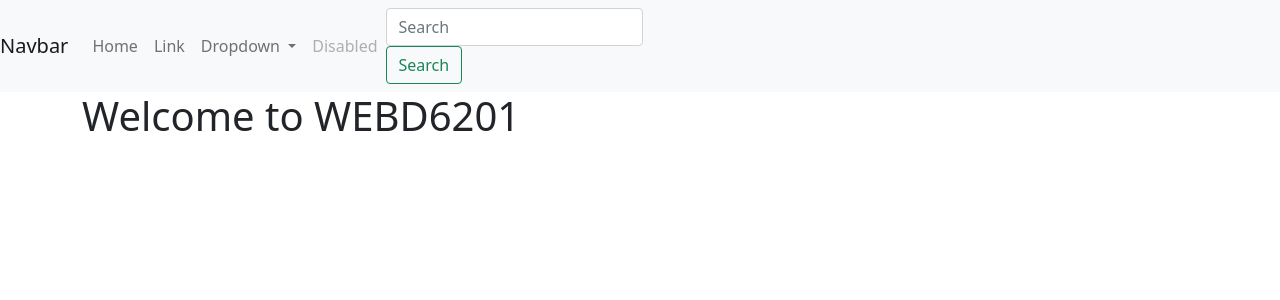
Repository: evanpalmer002/WEBD6201-W2021-Week2A
Page: week2a/index.html
These files come from the project's save history. The page is drawn as it stood at one moment and after the next save; the edit follows.
The browser window is 1280 px wide. The pictures show the whole page.

Above is the page before, as saved 2021-01-19 09:20:21.

### week2a/index.html
<!DOCTYPE html>
<html lang="en">
<head>
    <meta charset="UTF-8">
    <meta name="viewport" content="width=device-width, initial-scale=1.0">
    <title>WEBD6201 - ICE 1</title>
    <!-- CSS Section -->
    <link rel="stylesheet" href="./node_modules/bootstrap/dist/css/bootstrap.min.css">
    <link rel="stylesheet" href="./node_modules/@fortawesome//fontawesome-free/css/all.min.css">
    <link rel="stylesheet" href="./Content/app.css">
</head>
<body>


    <header>

        <nav class="navbar navbar-expand-lg navbar-light bg-light">
            <a class="navbar-brand" href="#">Navbar</a>
            <button class="navbar-toggler" type="button" data-toggle="collapse" data-target="#navbarSupportedContent" aria-controls="navbarSupportedContent" aria-expanded="false" aria-label="Toggle navigation">
              <span class="navbar-toggler-icon"></span>
            </button>

            <div class="collapse navbar-collapse" id="navbarSupportedContent">
              <ul class="navbar-nav mr-auto">
                <li class="nav-item active">
                  <a class="nav-link" href="#">Home <span class="sr-only">(current)</span></a>
                </li>
                <li class="nav-item">
                  <a class="nav-link" href="#">Link</a>
                </li>
                <li class="nav-item dropdown">
                  <a class="nav-link dropdown-toggle" href="#" id="navbarDropdown" role="button" data-toggle="dropdown" aria-haspopup="true" aria-expanded="false">
                    Dropdown
                  </a>
                  <div class="dropdown-menu" aria-labelledby="navbarDropdown">
                    <a class="dropdown-item" href="#">Action</a>
                    <a class="dropdown-item" href="#">Another action</a>
                    <div class="dropdown-divider"></div>
                    <a class="dropdown-item" href="#">Something else here</a>
                  </div>
                </li>
                <li class="nav-item">
                  <a class="nav-link disabled" href="#">Disabled</a>
                </li>
              </ul>
              <form class="form-inline my-2 my-lg-0">
                <input class="form-control mr-sm-2" type="search" placeholder="Search" aria-label="Search">
                <button class="btn btn-outline-success my-2 my-sm-0" type="submit">Search</button>
              </form>
            </div>
          </nav>
    </header>

    <div class="container">
        <h1>Welcome to WEBD6201</h1>
    </div>

    <footer>

    </footer>

    <!-- JavaScript Section -->
    <script src="./node_modules/jquery/dist/jquery.min.js"></script>
    <script src="./node_modules/bootstrap/dist/js/bootstrap.bundle.min.js"></script>
    <script src="./Scripts/app.js"></script>
</body>
</html>

### week2a/Scripts/app.js
/*custon javascript  goes here */

// - Immediately invoked function Expression

(function()
{

    function Start()
    {
        console.log("App Started...");

    }

    window.addEventListener("load", Start);
})();

Loaded but not shown: week2a/node_modules/bootstrap/dist/css/bootstrap.min.css (library); week2a/node_modules/@fortawesome/fontawesome-free/css/all.min.css (library); week2a/node_modules/jquery/dist/jquery.min.js (library); week2a/node_modules/bootstrap/dist/js/bootstrap.bundle.min.js (library); week2a/Content/app.css (no stored copy; drawn as an empty file)

After the next save:
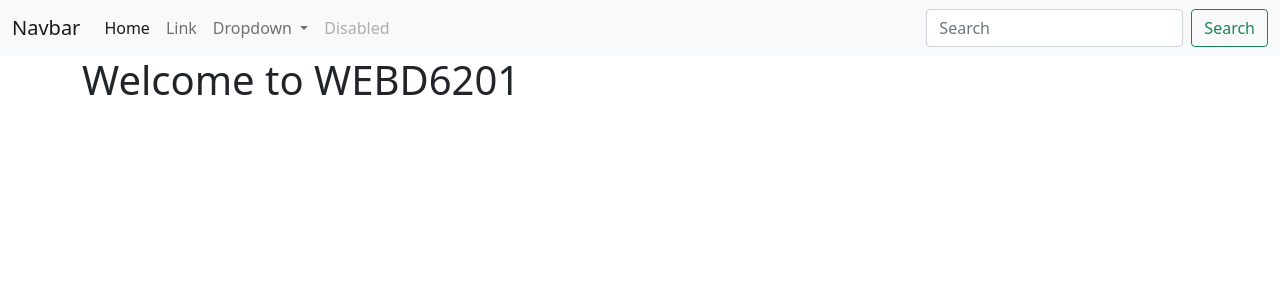
Saved 4 min 59 s later.
--- a/week2a/index.html
+++ b/week2a/index.html
@@ -15,38 +15,39 @@
     <header>
 
         <nav class="navbar navbar-expand-lg navbar-light bg-light">
-            <a class="navbar-brand" href="#">Navbar</a>
-            <button class="navbar-toggler" type="button" data-toggle="collapse" data-target="#navbarSupportedContent" aria-controls="navbarSupportedContent" aria-expanded="false" aria-label="Toggle navigation">
-              <span class="navbar-toggler-icon"></span>
-            </button>
-
-            <div class="collapse navbar-collapse" id="navbarSupportedContent">
-              <ul class="navbar-nav mr-auto">
-                <li class="nav-item active">
-                  <a class="nav-link" href="#">Home <span class="sr-only">(current)</span></a>
-                </li>
-                <li class="nav-item">
-                  <a class="nav-link" href="#">Link</a>
-                </li>
-                <li class="nav-item dropdown">
-                  <a class="nav-link dropdown-toggle" href="#" id="navbarDropdown" role="button" data-toggle="dropdown" aria-haspopup="true" aria-expanded="false">
-                    Dropdown
-                  </a>
-                  <div class="dropdown-menu" aria-labelledby="navbarDropdown">
-                    <a class="dropdown-item" href="#">Action</a>
-                    <a class="dropdown-item" href="#">Another action</a>
-                    <div class="dropdown-divider"></div>
-                    <a class="dropdown-item" href="#">Something else here</a>
-                  </div>
-                </li>
-                <li class="nav-item">
-                  <a class="nav-link disabled" href="#">Disabled</a>
-                </li>
-              </ul>
-              <form class="form-inline my-2 my-lg-0">
-                <input class="form-control mr-sm-2" type="search" placeholder="Search" aria-label="Search">
-                <button class="btn btn-outline-success my-2 my-sm-0" type="submit">Search</button>
-              </form>
+            <div class="container-fluid">
+              <a class="navbar-brand" href="#">Navbar</a>
+              <button class="navbar-toggler" type="button" data-bs-toggle="collapse" data-bs-target="#navbarSupportedContent" aria-controls="navbarSupportedContent" aria-expanded="false" aria-label="Toggle navigation">
+                <span class="navbar-toggler-icon"></span>
+              </button>
+              <div class="collapse navbar-collapse" id="navbarSupportedContent">
+                <ul class="navbar-nav me-auto mb-2 mb-lg-0">
+                  <li class="nav-item">
+                    <a class="nav-link active" aria-current="page" href="#">Home</a>
+                  </li>
+                  <li class="nav-item">
+                    <a class="nav-link" href="#">Link</a>
+                  </li>
+                  <li class="nav-item dropdown">
+                    <a class="nav-link dropdown-toggle" href="#" id="navbarDropdown" role="button" data-bs-toggle="dropdown" aria-expanded="false">
+                      Dropdown
+                    </a>
+                    <ul class="dropdown-menu" aria-labelledby="navbarDropdown">
+                      <li><a class="dropdown-item" href="#">Action</a></li>
+                      <li><a class="dropdown-item" href="#">Another action</a></li>
+                      <li><hr class="dropdown-divider"></li>
+                      <li><a class="dropdown-item" href="#">Something else here</a></li>
+                    </ul>
+                  </li>
+                  <li class="nav-item">
+                    <a class="nav-link disabled" href="#" tabindex="-1" aria-disabled="true">Disabled</a>
+                  </li>
+                </ul>
+                <form class="d-flex">
+                  <input class="form-control me-2" type="search" placeholder="Search" aria-label="Search">
+                  <button class="btn btn-outline-success" type="submit">Search</button>
+                </form>
+              </div>
             </div>
           </nav>
     </header>
